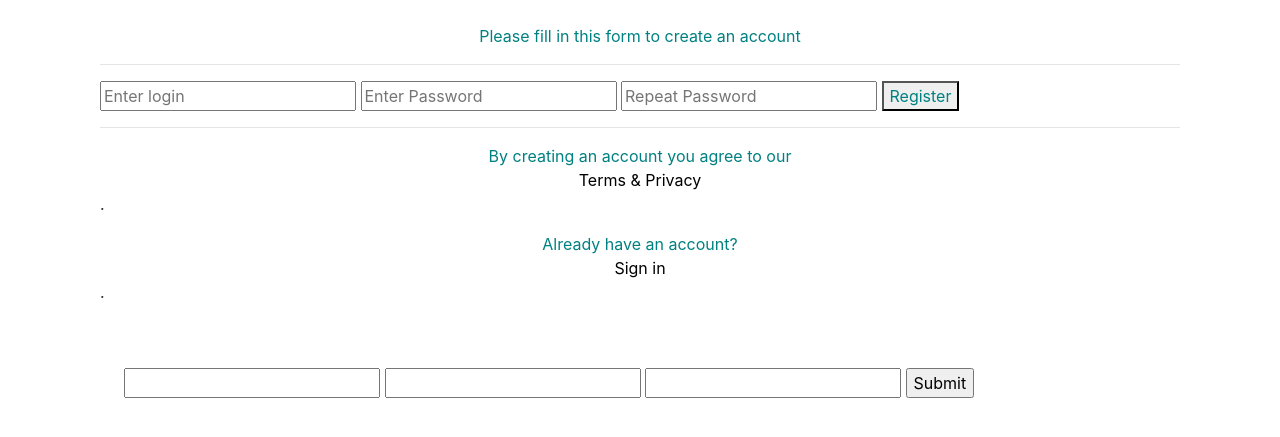
Repository: Serpaton/Work-place
Page: http://localhost/registration
These files come from the project's save history. The page is drawn as it stood at one moment and after the next save; the edit follows.
The browser window is 1280 px wide. The pictures show the whole page.
The page is this project's Thymeleaf template; nobody is signed in. The template is opened directly, without the code that normally fills it, so the values that code supplies are empty.

Above is the page before, as saved 2020-02-24 22:29:17.
Console error: TypeError: Cannot read properties of undefined (reading 'fn')

### My projects/NewsBlogg/NewsBlogg/src/main/resources/templates/registration.html
<!DOCTYPE html>
<html lang="en" xmlns:th="http://www.thymeleaf.org">
<head>
    <meta charset="utf-8">
    <meta name="viewport" content="width=device-width, initial-scale=1, shrink-to-fit=no">

    <title>Login</title>

    <link rel="stylesheet" href="https://stackpath.bootstrapcdn.com/bootstrap/4.3.1/css/bootstrap.min.css"/>
    <link rel="stylesheet" th:href="@{/css/main.css}"/>
</head>

<body>



<main role="main" class="container">

<form action="action_page.php">
<div class="container">
<font color="#008080"><p><center>Please fill in this form to create an account</center></p></font>
<hr>


<input type="text" placeholder="Enter login" name="email" required>


<input type="password" placeholder="Enter Password" name="psw" required>


<input type="password" placeholder="Repeat Password" name="psw-repeat" required>

<button type="submit" class="registerbtn"><font color="#008080">Register</font></button>
<hr>

<p><font color="#008080"><center>By creating an account you agree to our </center><a href="#"></font><font color="#000000"><center>Terms & Privacy</center></font></a>.</p>
</div>

<div class="container signin">
<p><font color="#008080"><center>Already have an account? </center><a href="login"></font><font color="#000000"><center>Sign in</center></font></a>.</p>

    <div class="starter-template">
        <form th:action="@{/registration}" th:object="${request}" method="post">
        	<input type="text" name="name" th:field="*{name}"/>
        	<input type="text" name="login" th:field="*{login}"/>
        	<input type="password" name="password" th:field="*{password}"/>
        	<input type="submit"/>
        </form>

    </div>

</main>

<!-- /.container -->

<script type="text/javascript" src="https://stackpath.bootstrapcdn.com/bootstrap/4.3.1/js/bootstrap.min.js"></script>
</body>
</html>

### My projects/NewsBlogg/NewsBlogg/src/main/resources/static/css/main.css
body {
	padding-top: 0.5rem;
}
.starter-template {
	padding: 3rem 1.5rem;
	text-aling: center;
}
h1{
	color:#0000FF;
}
h2{
	color:#FF0000;
}

After the next save:
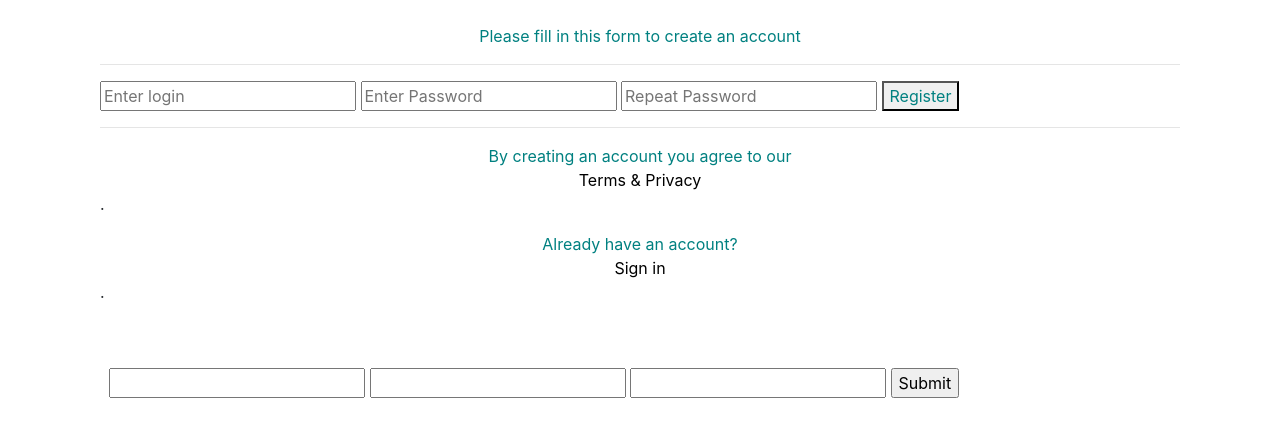
Saved 26 s later.
--- a/My projects/NewsBlogg/NewsBlogg/src/main/resources/templates/registration.html
+++ b/My projects/NewsBlogg/NewsBlogg/src/main/resources/templates/registration.html
@@ -38,7 +38,8 @@
 
 <div class="container signin">
 <p><font color="#008080"><center>Already have an account? </center><a href="login"></font><font color="#000000"><center>Sign in</center></font></a>.</p>
-
+</div>
+</form>
     <div class="starter-template">
         <form th:action="@{/registration}" th:object="${request}" method="post">
         	<input type="text" name="name" th:field="*{name}"/>
